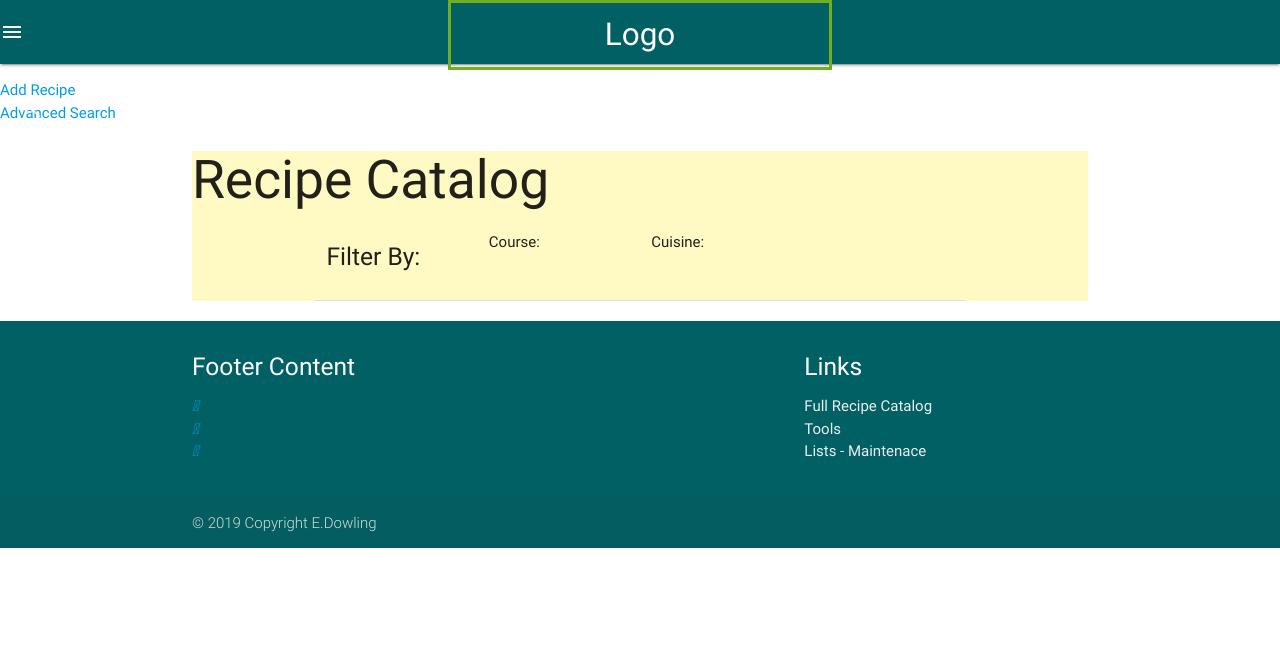
Repository: eldowling/lets-cook-together
Page: http://localhost/get_catalog?course=breakfast
The author's editor kept a record of every edit. The page is drawn from the files as they stood at one moment, then again after the next edit.
The browser window is 1280 px wide. The pictures show the whole page.
Some web libraries are served in a nearby version. The page is served by the project's application, run on Flask 3 (app.py). Queries for data that is not in the repository find no rows.

Above is the page before.
Console error: TypeError: $(...).sidenav is not a function

After the next edit:
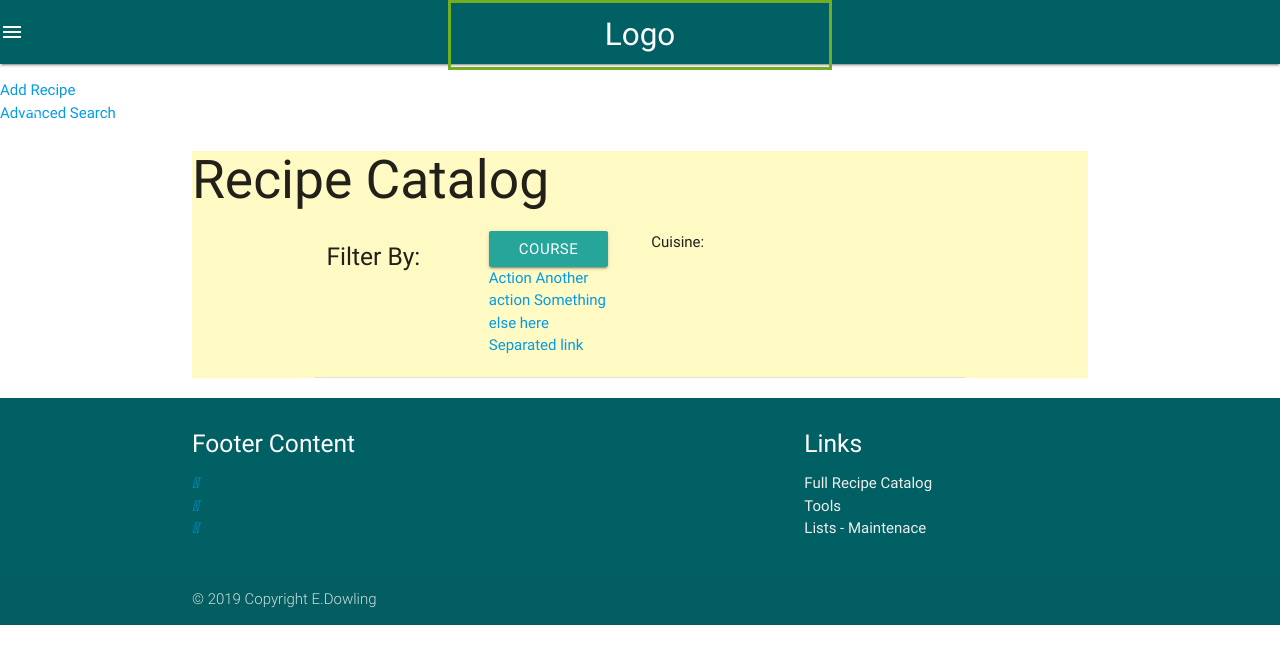
The edit:
--- a/templates/catalog.html
+++ b/templates/catalog.html
@@ -6,7 +6,19 @@
       <h5>Filter By:</h5>
     </div>
     <div class="col s3">
-      Course:
+      <!-- Example single danger button -->
+<div class="btn-group">
+  <button type="button" class="btn btn-primary dropdown-toggle" data-toggle="dropdown" aria-haspopup="true" aria-expanded="false">
+    Course
+  </button>
+  <div class="dropdown-menu">
+    <a class="dropdown-item" href="#">Action</a>
+    <a class="dropdown-item" href="#">Another action</a>
+    <a class="dropdown-item" href="#">Something else here</a>
+    <div class="dropdown-divider"></div>
+    <a class="dropdown-item" href="#">Separated link</a>
+  </div>
+</div>
     </div>
     <div class="col s3">
       Cuisine:
